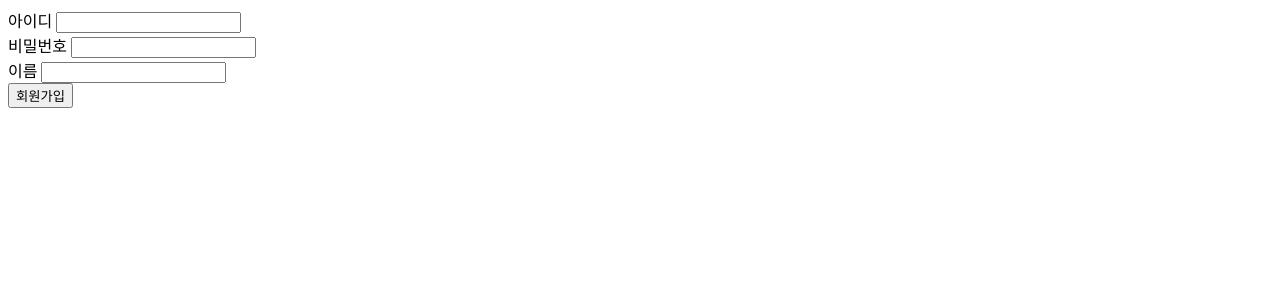
Repository: jeonjin8640/intellij
Page: http://localhost/servlet06/list.jsp
These files come from the project's save history. The page is drawn as it stood at one moment and after the next save; the edit follows.
The browser window is 1280 px wide. The pictures show the whole page.
The page is served by Tomcat 9.

Above is the page before, as saved 2024-01-09 00:36:28.

After the next save:
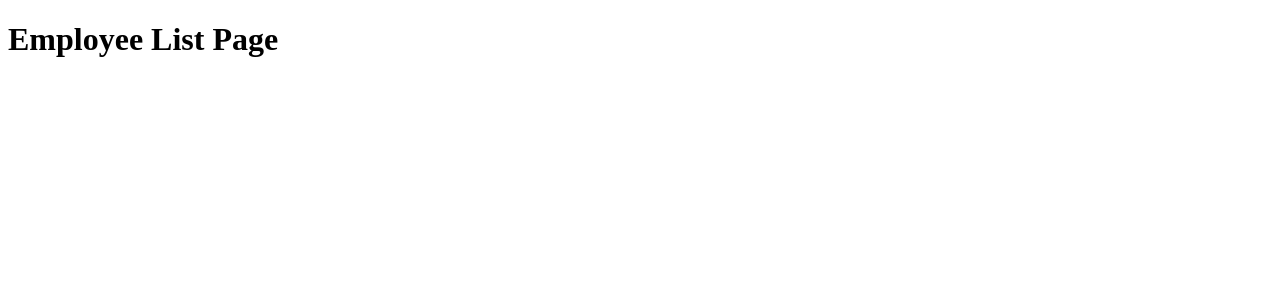
Saved 81 s later.
--- a/source/servlet06/src/main/webapp/list.jsp
+++ b/source/servlet06/src/main/webapp/list.jsp
@@ -4,17 +4,9 @@
 <html>
 <head>
 <meta charset="UTF-8">
-<title>Employee Register Form</title>
+<title>Employee list</title>
 </head>
 <body>
-	<form method="post" action="<%=request.getContextPath() %>>/register">
-		<label>아이디</label>
-		<input type="text" name="userid" /><br />
-		<label>비밀번호</label>
-		<input type="password" name="passwd" /><br />
-		<label>이름</label>
-		<input type="text" name="username" /><br />
-		<input type="submit" value="회원가입" />
-	</form>
+	<h1>Employee List Page</h1>
 </body>
 </html>
